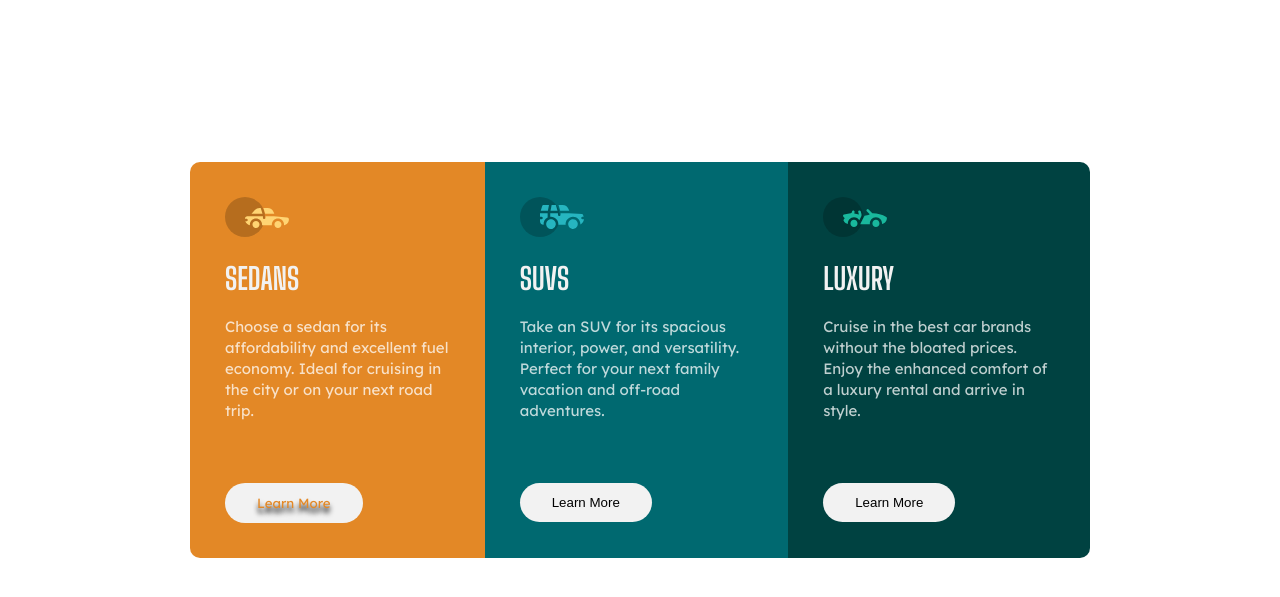
Repository: thaibaocoder1/3-column-card
Page: index.html
The author's editor kept a copy of each file at every save. The page is drawn from the files as they stood at one save, then again after the next save.
The browser window is 1280 px wide. The pictures show the whole page.

Above is the page before, as saved 2023-01-11 21:07:06.

After the next save:
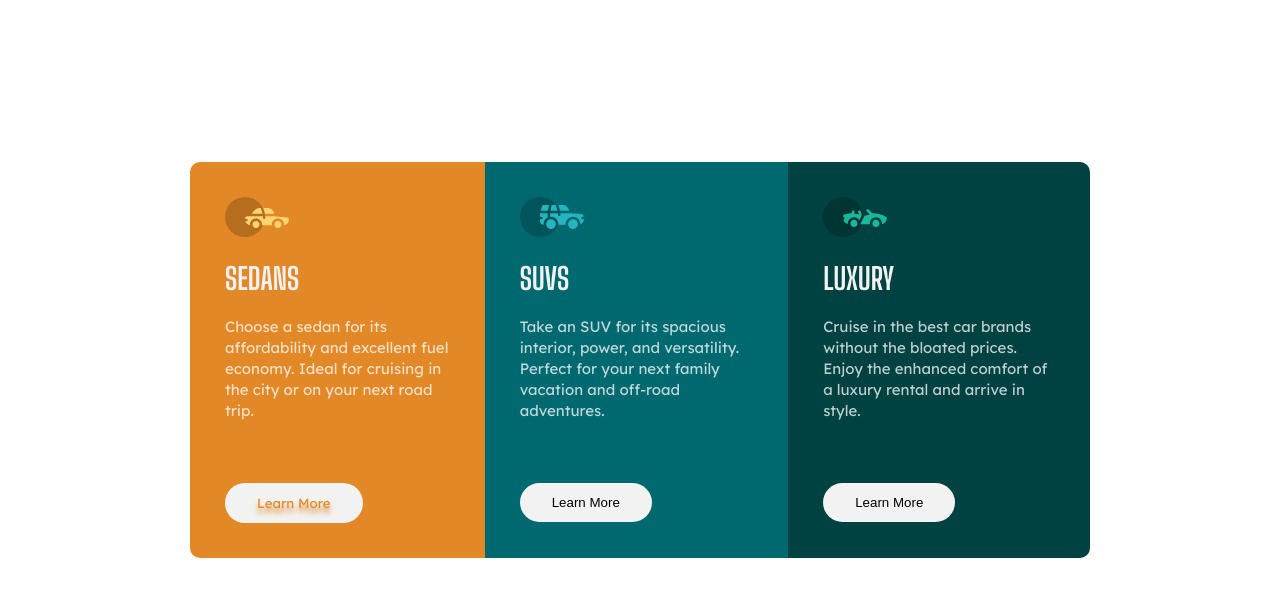
Saved 11 s later.
--- a/styles.css
+++ b/styles.css
@@ -69,5 +69,5 @@
     color: var(--bright-orange);
     font-family: 'Lexend Deca', sans-serif;
     font-weight: 500;
-    text-shadow: 0 5px 5px #000;
+    text-shadow: 0 5px 5px var(--bright-orange);
 }
